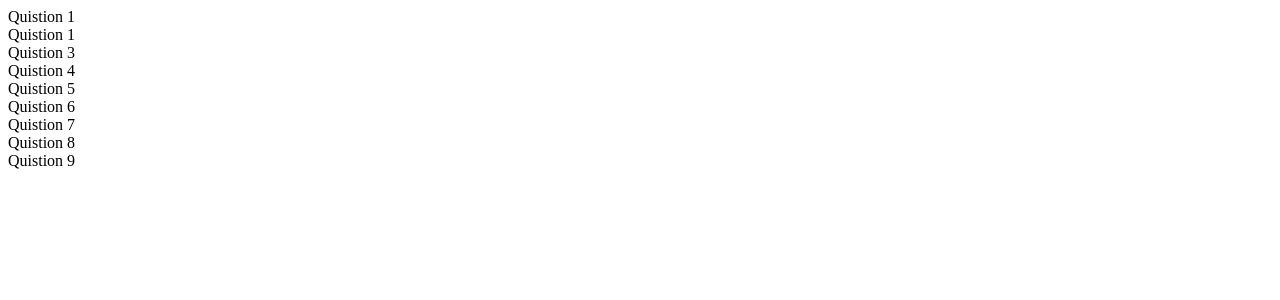
Repository: special4Party/Graduation-project-wedding-hall
Page: include/temp/test.html
An editor plug-in stored every save of this project. The page is shown before and after the next save, followed by the edit.
The browser window is 1280 px wide. The pictures show the whole page.

Above is the page before, as saved 2022-04-29 23:50:42.

After the next save:
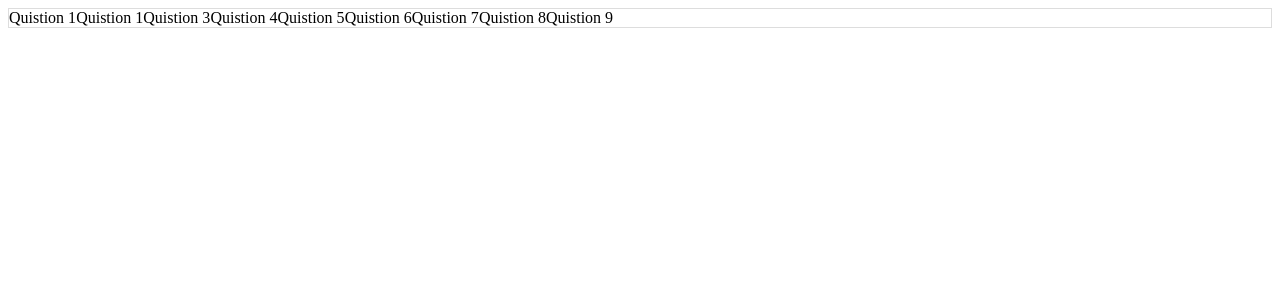
Saved 52 s later.
--- a/layout/css/test.css
+++ b/layout/css/test.css
@@ -1,5 +1,8 @@
 .wrapper{
-
+    max-height: 120px;
+    border: 1px solid #ddd;
+    display: flex;
+    overflow-x: auto;
 }
 .item{
 
